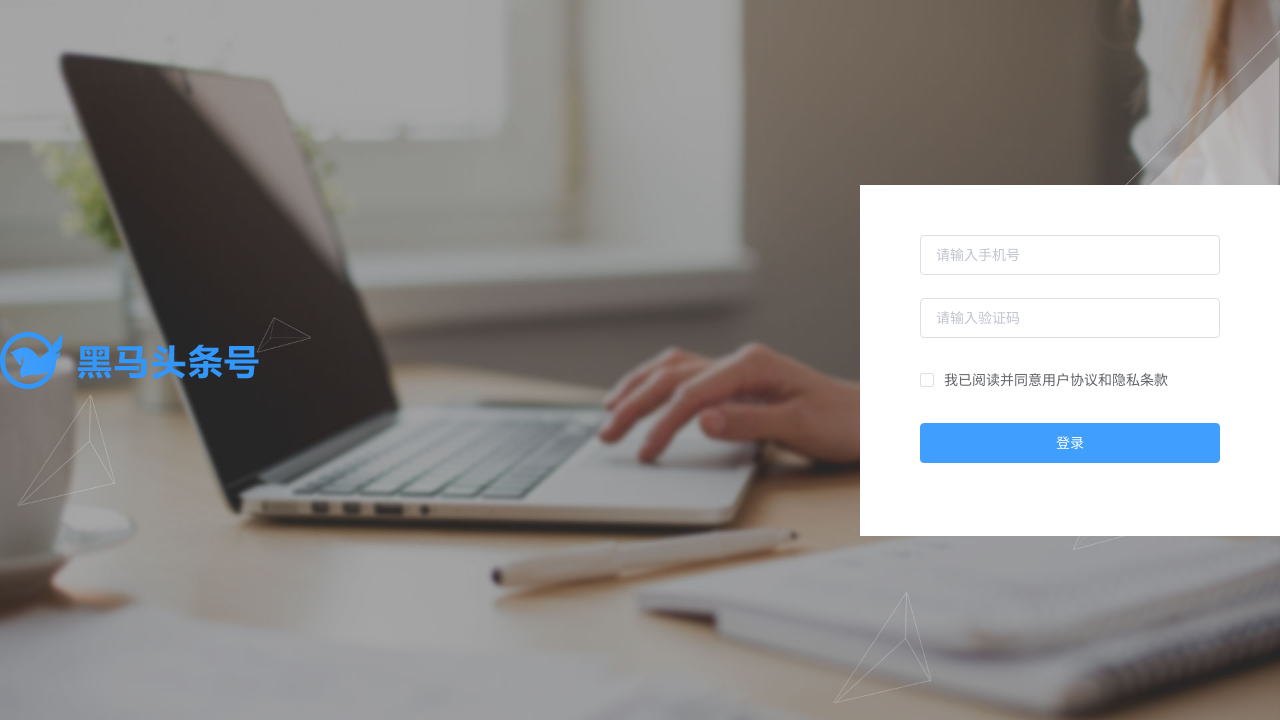
Repository: Azhaihh/toutiao-publish-admin
Page: /#/login
An editor plug-in stored every save of this project. The page is shown before and after the next save, followed by the edit.
The browser window is 1280 px wide. The pictures show the whole page.
The project was rebuilt for these pictures with package versions that can differ from the ones it lists, and the page was loaded fresh each time. Also part of the build but not shown: src/styles/index.less.

Above is the page before, as saved 2020-12-02 20:20:48.

After the next save:
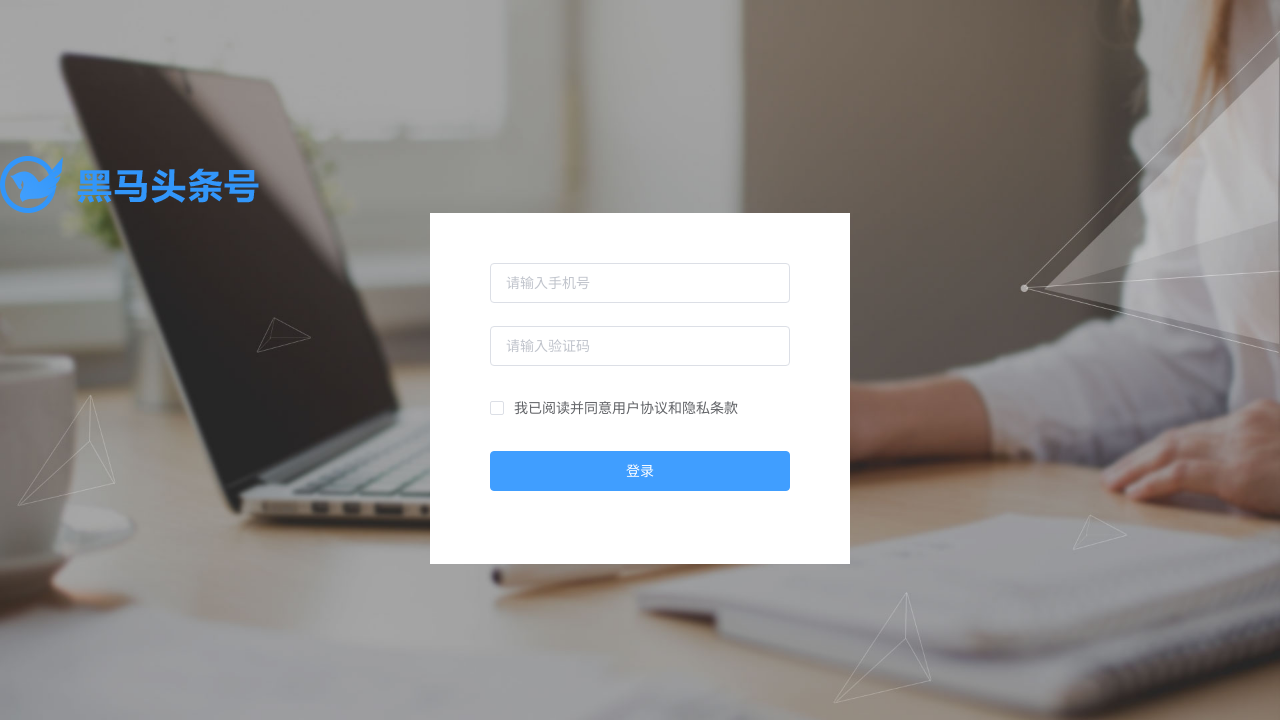
Saved 9 s later.
--- a/src/views/login/index.vue
+++ b/src/views/login/index.vue
@@ -64,7 +64,7 @@ export default {
   bottom: 0;
 
   display: flex;
-  flex-direction: ;
+  flex-direction: column;
   justify-content: center;
   align-items: center;
 
